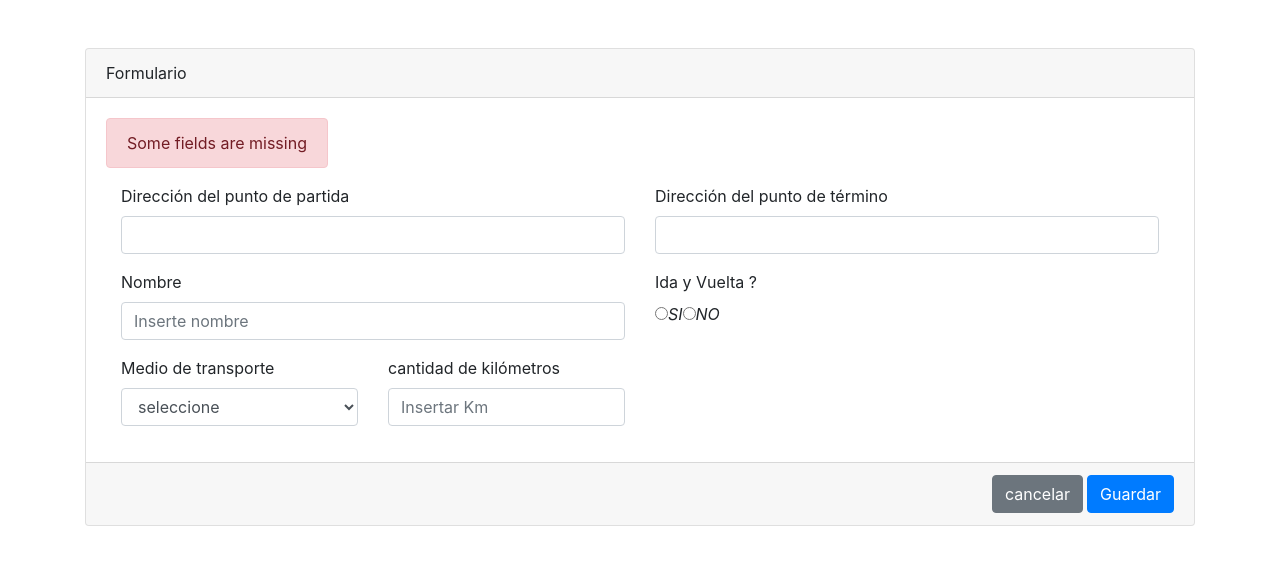
Repository: Jassan851031/foreachTask
Page: /
These files come from the project's save history. The page is drawn as it stood at one moment and after the next save; the edit follows.
The browser window is 1280 px wide. The pictures show the whole page.
The project was rebuilt for these pictures with package versions that can differ from the ones it lists, and the page was loaded fresh each time. Also part of the build but not shown: src/App.css.

Above is the page before, as saved 2020-03-23 13:51:45.

After the next save:
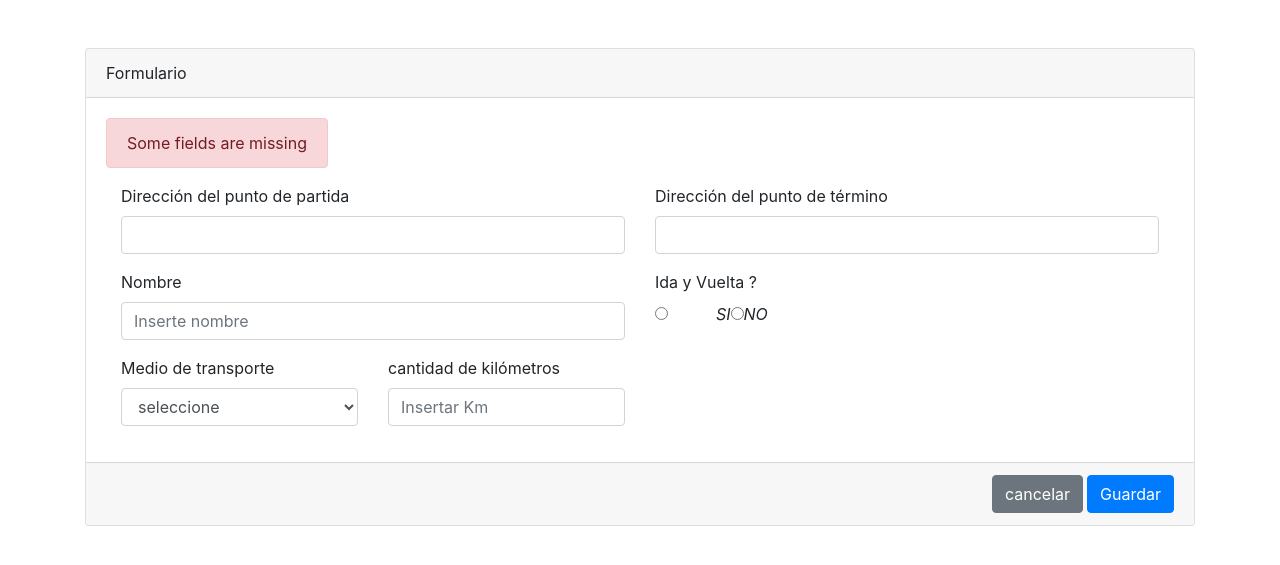
Saved 94 s later.
--- a/src/App.js
+++ b/src/App.js
@@ -44,9 +44,9 @@ function App() {
                     <div className="col-md-6">
                       <div className="form-group">
                         <label className="form-label">Ida y Vuelta ?</label><br/>
-                        <input type="radio" name="med_pago" value="visa" />
+                        <input className= "select mr-5" type="radio" />
                           <i className="si">SI</i>
-                        <input type="radio" name="med_pago" value="mastercard" />
+                        <input type="radio" name="med_pago" />
                           <i className="no">NO</i>
                       </div>
                     </div>
